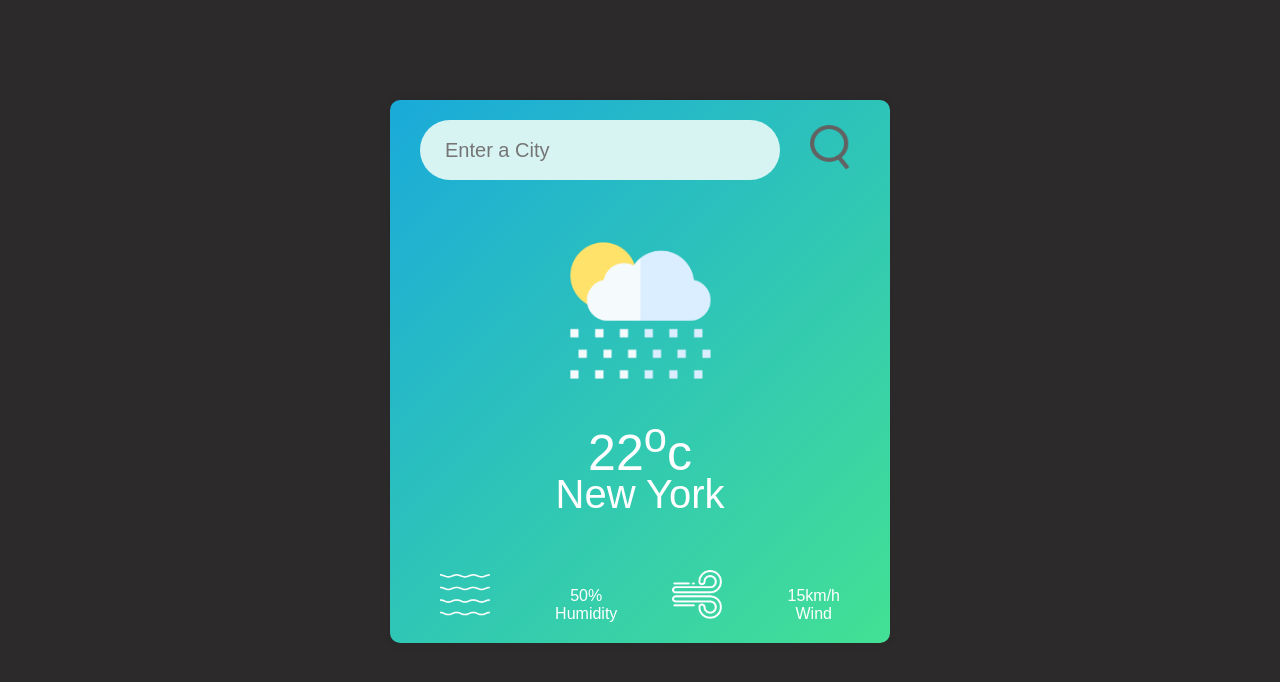
Repository: Haakim19/weatherApp
Page: index.html
These files come from the project's save history. The page is drawn as it stood at one moment and after the next save; the edit follows.
The browser window is 1280 px wide. The pictures show the whole page.

Above is the page before, as saved 2024-11-16 21:47:16.

After the next save:
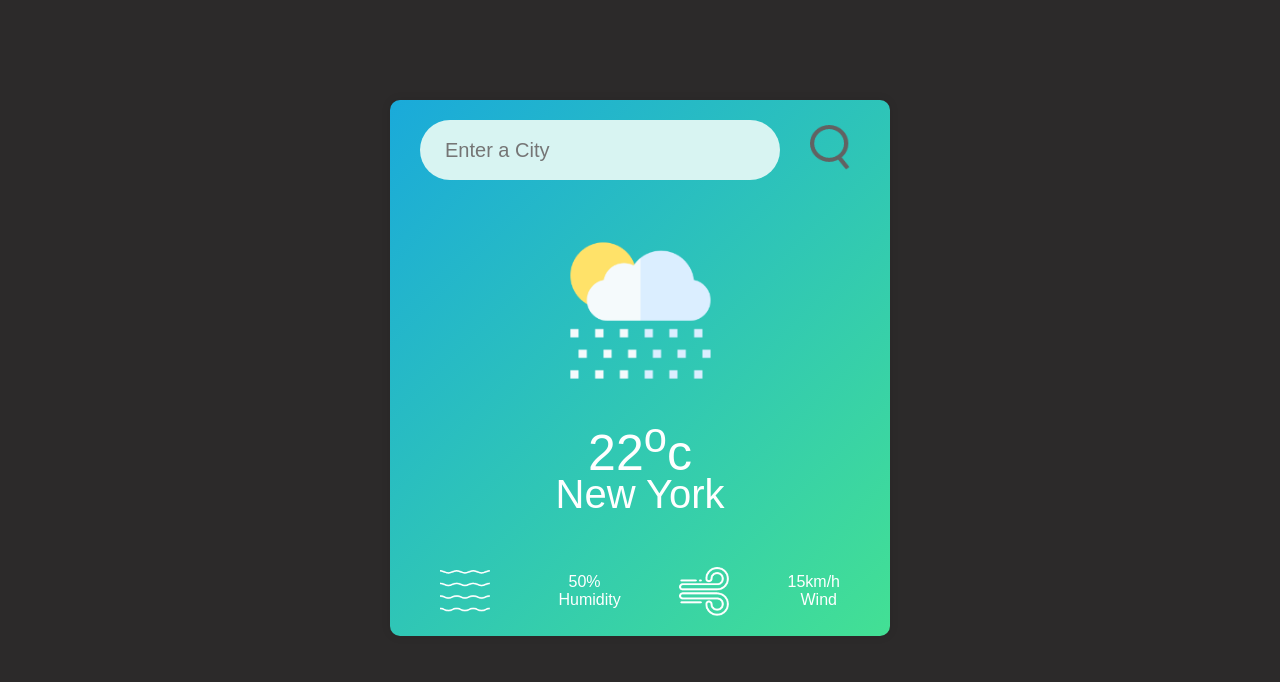
Saved 16 s later.
--- a/style.css
+++ b/style.css
@@ -83,5 +83,5 @@ body{
     margin-right: 10px;
 }
 .humidity,.wind{
-    margin-top: 20px;
+    margin-left: -10px;
 }
